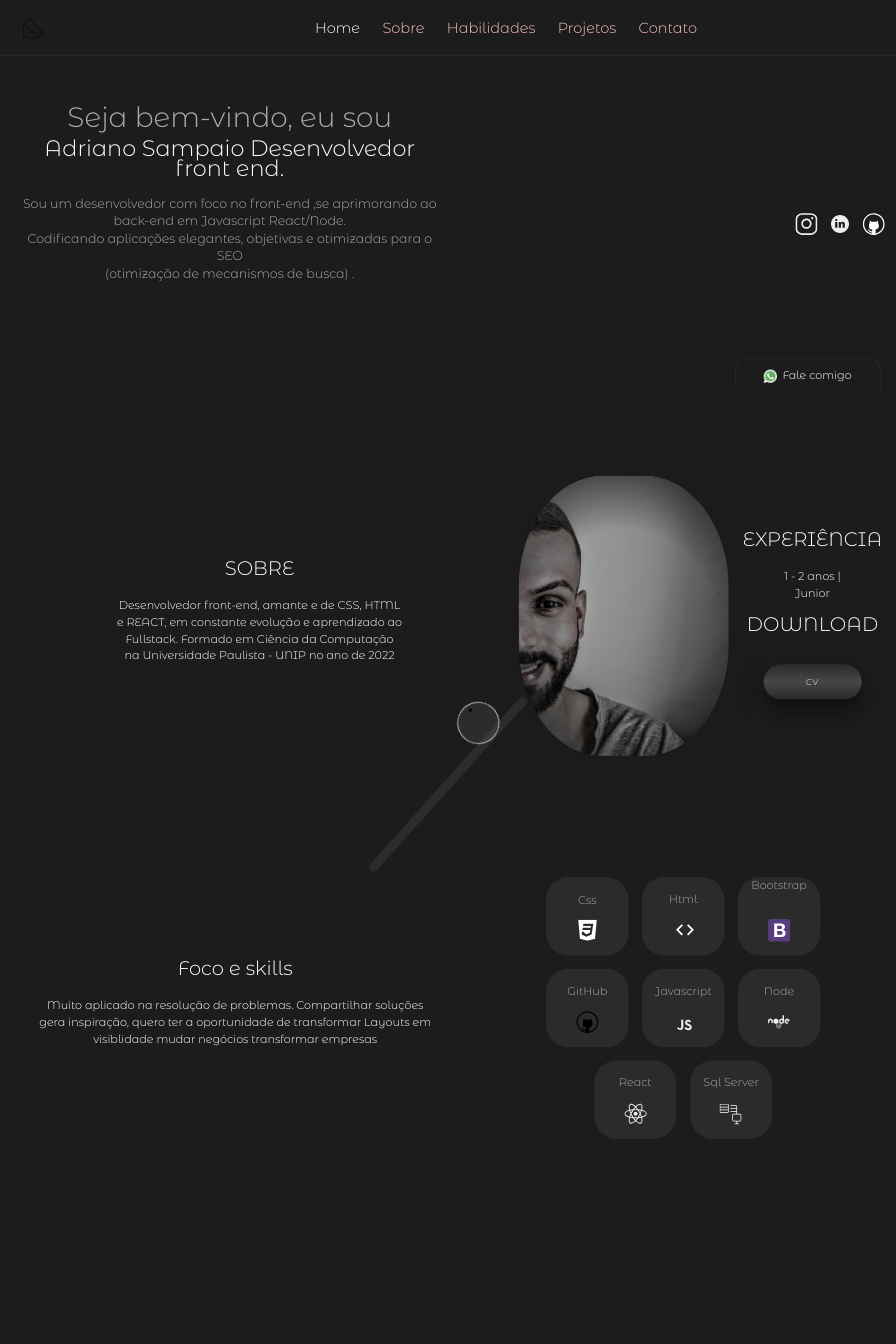
Repository: adrianodisam/NovoPortifolio
Page: /
The author's editor kept a copy of each file at every save. The page is drawn from the files as they stood at one save, then again after the next save.
The browser window is 1280 px wide. The pictures show the part of the page from y = 0 to 1920 px (the page is 3024 px tall), at 70% of full size.
The project was rebuilt for these pictures with package versions that can differ from the ones it lists, and the page was loaded fresh each time. Imported but missing from the stored project, and not drawn on this page: src/componentes/Download/Adriano.pdf.

Above is the page before, as saved 2024-11-02 16:55:45.

After the next save:
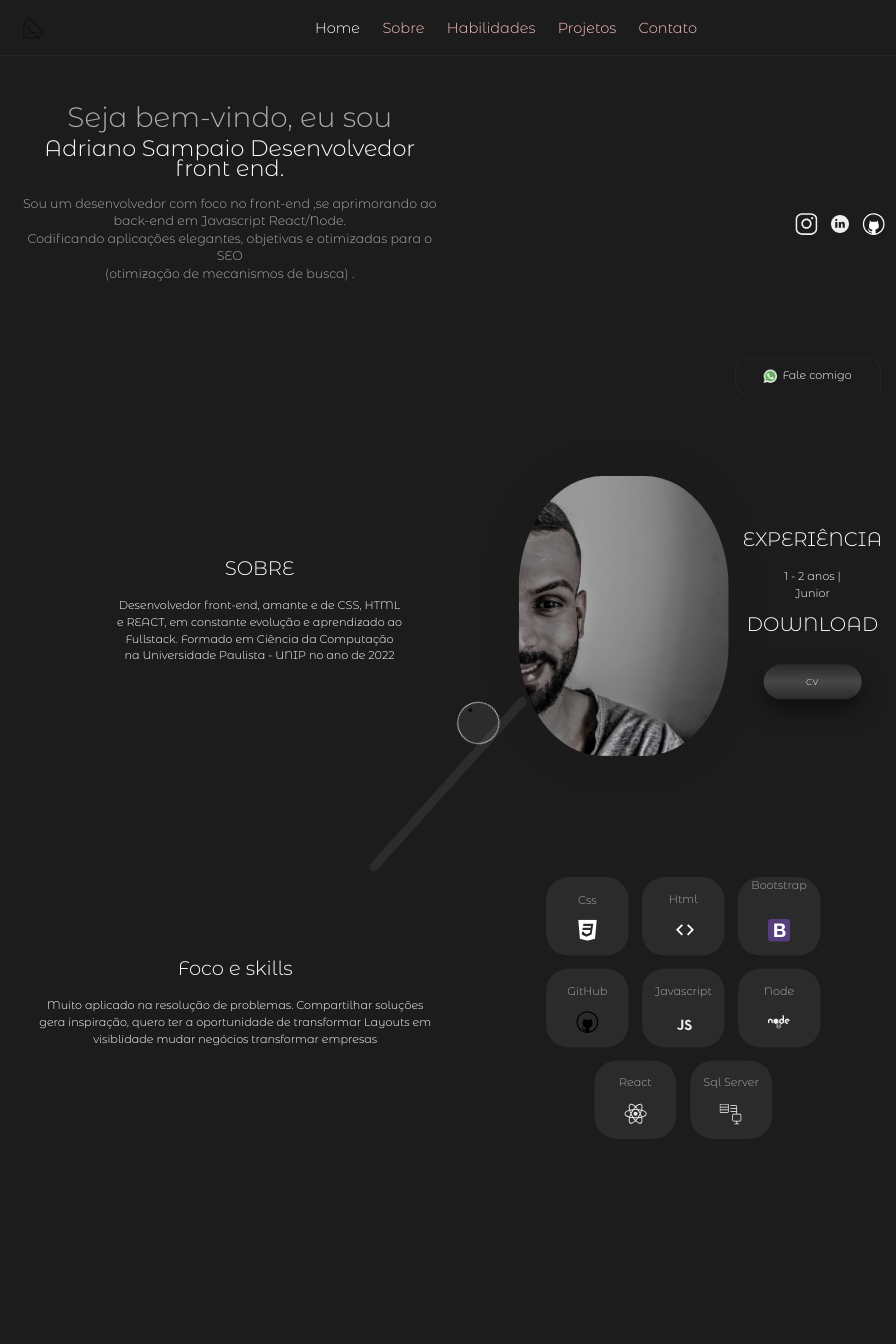
Saved 2 min 37 s later.
--- a/src/componentes/FotoSobre/FotoSobre.module.css
+++ b/src/componentes/FotoSobre/FotoSobre.module.css
@@ -19,16 +19,16 @@
   box-shadow: 0 0 30px 15px rgba(28, 28, 28, 0.8); /* Sombra esfumaçada */
 }
 /* Adiciona o efeito esfumaçado ao redor da imagem */
-.Container::before {
+/* Efeito esfumaçado */
+.image-container::after {
   content: '';
   position: absolute;
-  width: 300px; /* Um pouco maior que a imagem para o efeito de borda */
-  height: 400px;
-  background: radial-gradient(circle,  rgba(28,28,28,0) 50%, #1c1c1c 100%);
-  /* background: rgb(28,28,28); */
-/* background: radial-gradient(circle, rgba(28,28,28,1) 1%, rgba(11,11,11,1) 50%); */
-  border-radius: 40%;
-  z-index: 0;
+  top: 0;
+  left: 0;
+  width: 100%;
+  height: 100%;
+  background: linear-gradient(to bottom, rgba(28, 28, 28, 0) 60%, #1c1c1c 100%);
+  pointer-events: none; /* garante que o efeito não interfere com elementos interativos */
 }
 
 
